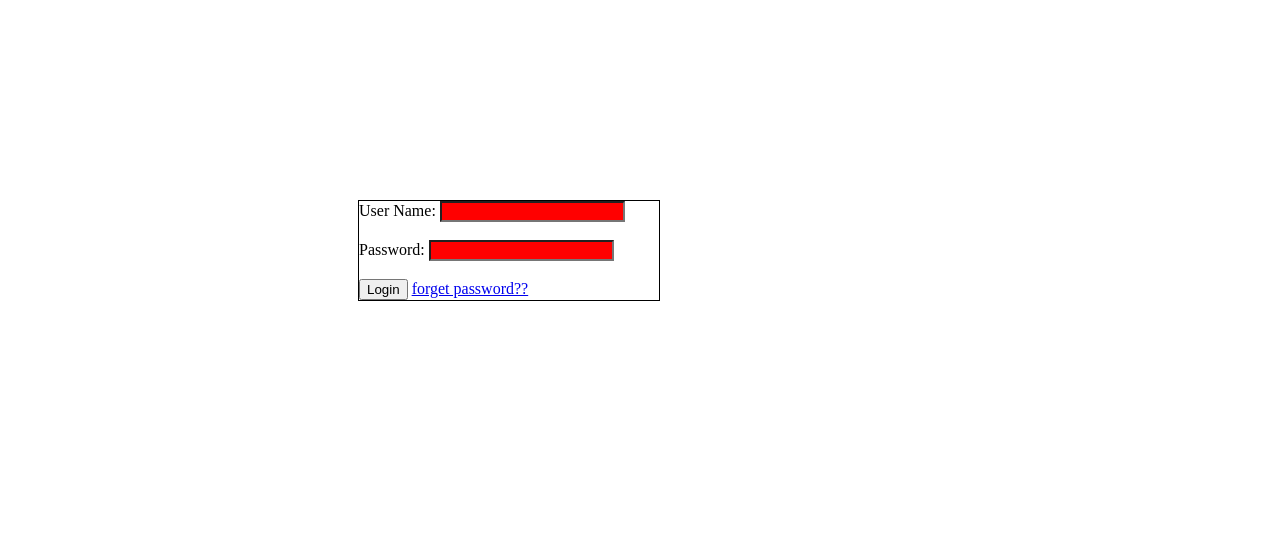
Repository: AmritOjha01/sms
Page: http://localhost/StudentManagementSystem/UserController?action=listUser
The author's editor kept a copy of each file at every save. The page is drawn from the files as they stood at one save, then again after the next save.
The browser window is 1280 px wide. The pictures show the whole page.
The page is served by Tomcat 9. Other server files are loaded and not shown.

Above is the page before, as saved 2017-03-27 11:28:57.

### StudentManagementSystem/WebContent/login.jsp
<%@ page language="java" contentType="text/html; charset=ISO-8859-1"
	pageEncoding="ISO-8859-1"%>
<!DOCTYPE html PUBLIC "-//W3C//DTD HTML 4.01 Transitional//EN" "http://www.w3.org/TR/html4/loose.dtd">
<html>
<head>
<meta http-equiv="Content-Type" content="text/html; charset=ISO-8859-1">
<title>Insert title here</title>
<link rel="stylesheet" type="text/css"
	href="resources/customcss/demo.css">
</head>
<body>
	<div class="box">
		<form action="LoginController" method="post">
			User Name: <input type="text" name="uName" class="css-style "><br>
			<br> Password: <input type="password" name="pass"
				class="css-style "><br> <br> <input type="submit"
				value="Login"> <a href="LoginController?action=getpassword">forget
				password??</a>
		</form>
	</div>
</body>
</html>

### StudentManagementSystem/src/com/krishna/sis/controller/UserController.java
package com.krishna.sis.controller;

import java.io.IOException;
import java.text.ParseException;
import java.text.SimpleDateFormat;
import java.util.Date;

import javax.servlet.RequestDispatcher;
import javax.servlet.ServletException;
import javax.servlet.annotation.WebServlet;
import javax.servlet.http.HttpServlet;
import javax.servlet.http.HttpServletRequest;
import javax.servlet.http.HttpServletResponse;
import javax.servlet.http.HttpSession;

import com.krishna.sis.dto.UserDTO;
import com.krishna.sis.service.UserService;
import com.krishna.sis.service.UserServiceImpl;
import com.krishna.sis.util.EmailUtility;

@WebServlet("/UserController")
public class UserController extends HttpServlet {
	private static final long serialVersionUID = 1L;
	private static String INSERT_OR_EDIT = "/userCreate.jsp";
	private static String LIST_USER = "/userList.jsp";
	private static String LOGIN = "/login.jsp";
	private static String PREVIOUS_PWD = "/previousUserPassword.jsp";

	private UserService userService;

	public UserController() {
		super();
		userService = new UserServiceImpl();
	}

	protected void doGet(HttpServletRequest request, HttpServletResponse response)
			throws ServletException, IOException {
		String forward = "";
		String name = "";
		HttpSession session = request.getSession(false);
		if (session != null)
			name = (String) session.getAttribute("uname");
		else
			name = null;
		if (name != null) {
			String action = request.getParameter("action");

			if (action.equalsIgnoreCase("delete")) {
				int userId = Integer.parseInt(request.getParameter("userid"));
				userService.deleteUser(userId);
				forward = LIST_USER;
				request.setAttribute("users", userService.getAllUsers());
			} else if (action.equalsIgnoreCase("edit")) {
				forward = INSERT_OR_EDIT;
				int userId = Integer.parseInt(request.getParameter("userid"));
				UserDTO user = userService.getUserById(userId);
				request.setAttribute("user", user);
			} else if (action.equalsIgnoreCase("listUser")) {
				forward = LIST_USER;
				request.setAttribute("users", userService.getAllUsers());
			} else if (action.equalsIgnoreCase("insert")) {
				forward = INSERT_OR_EDIT;
			} else {
				forward = PREVIOUS_PWD;

			}
		} else {
			forward = LOGIN;
		}
		RequestDispatcher view = request.getRequestDispatcher(forward);
		view.forward(request, response);
	}

	protected void doPost(HttpServletRequest request, HttpServletResponse response)
			throws ServletException, IOException {
		UserDTO userDTO = new UserDTO();
		userDTO.setFirstName(request.getParameter("firstName"));
		userDTO.setLastName(request.getParameter("lastName"));
		userDTO.setUsername(request.getParameter("username"));
		userDTO.setPassword(request.getParameter("password"));
		String dateOfBirth = request.getParameter("dob");
		try {
			Date dob = new SimpleDateFormat("yyyy-MM-dd").parse(dateOfBirth);
			userDTO.setDob(dob);
		} catch (ParseException e) {
			e.printStackTrace();
		}
		userDTO.setEmail(request.getParameter("email"));
		String userid = request.getParameter("userid");
		if (userid == null || userid.isEmpty()) {
			userService.saveUser(userDTO);
			EmailUtility.sendEmail(userDTO.getPassword());
		} else {
			userDTO.setUserId(Integer.parseInt(userid));
			userService.updateUser(userDTO);
		}

		RequestDispatcher view = request.getRequestDispatcher(LIST_USER);
		request.setAttribute("users", userService.getAllUsers());
		view.forward(request, response);
	}
}

### StudentManagementSystem/src/com/krishna/sis/service/UserServiceImpl.java
package com.krishna.sis.service;

import java.util.List;

import com.krishna.sis.dao.UserDao;
import com.krishna.sis.dao.UserDaoImpl;
import com.krishna.sis.dto.UserDTO;

public class UserServiceImpl implements UserService {

	UserDao userDao = new UserDaoImpl();

	@Override
	public boolean saveUser(UserDTO userDTO) {
		return userDao.saveUser(userDTO);
	}

	@Override
	public boolean updateUser(UserDTO userDTO) {
		return userDao.updateUser(userDTO);
	}

	@Override
	public List<UserDTO> getAllUsers() {
		return userDao.getAllUsers();
	}

	@Override
	public UserDTO getUserById(int userId) {
		return userDao.getUserById(userId);
	}

	@Override
	public void deleteUser(int userId) {
		userDao.deleteUser(userId);

	}

	@Override
	public UserDTO getUserByUserNameAndPassword(String username, String password) {
		return userDao.getUserByUserNameAndPassword(username, password);
	}

	@Override
	public UserDTO getPasswordByEmail(String email) {

		return userDao.getPasswordByEmail(email);
	}

	@Override
	public UserDTO getPasswordByPassword(String pwd) {

		return userDao.getPasswordByPassword(pwd);
	}

}

### StudentManagementSystem/src/com/krishna/sis/dao/UserDao.java
package com.krishna.sis.dao;

import java.util.List;

import com.krishna.sis.dto.UserDTO;

public interface UserDao {
	public boolean saveUser(UserDTO userDTO);

	public boolean updateUser(UserDTO userDTO);

	public List<UserDTO> getAllUsers();

	public UserDTO getUserById(int userId);

	public void deleteUser(int userId);

	public UserDTO getUserByUserNameAndPassword(String username, String password);

	public UserDTO getPasswordByEmail(String email);

	public UserDTO getPasswordByPassword(String pwd);
}

### StudentManagementSystem/src/com/krishna/sis/dao/UserDaoImpl.java
package com.krishna.sis.dao;

import java.sql.PreparedStatement;
import java.sql.ResultSet;
import java.util.ArrayList;
import java.util.List;

import com.krishna.sis.dto.UserDTO;
import com.krishna.sis.util.DbUtil;
import com.krishna.sis.util.QueryUtil;

public class UserDaoImpl implements UserDao {
	public boolean saveUser(UserDTO userDTO) {
		PreparedStatement ps = null;
		int savedUser = 0;
		try {
			ps = DbUtil.getConnection().prepareStatement(QueryUtil.CREATE_USER);
			// ps.setNull(1, java.sql.Types.INTEGER);
			ps.setString(1, userDTO.getFirstName());
			ps.setString(2, userDTO.getLastName());
			ps.setString(3, userDTO.getEmail());
			ps.setDate(4, new java.sql.Date(userDTO.getDob().getTime()));
			ps.setString(5, userDTO.getUsername());
			ps.setString(6, userDTO.getPassword());
			savedUser = ps.executeUpdate();

		} catch (Exception ex) {
			ex.printStackTrace();
		} finally {
			DbUtil.closeAll(ps);
		}
		if (savedUser >= 1) {
			return true;
		}
		return false;
	}

	public boolean updateUser(UserDTO userDTO) {
		PreparedStatement ps = null;
		int uUpdated = 0;
		try {
			ps = DbUtil.getConnection().prepareStatement(QueryUtil.UPDATE_USER);
			ps.setString(1, userDTO.getFirstName());
			ps.setString(2, userDTO.getLastName());
			ps.setString(3, userDTO.getEmail());
			ps.setDate(4, new java.sql.Date(userDTO.getDob().getTime()));
			ps.setString(5, userDTO.getPassword());
			ps.setInt(6, userDTO.getUserId());
			uUpdated = ps.executeUpdate();
		} catch (Exception ex) {
			ex.printStackTrace();
		} finally {
			DbUtil.closeAll(ps);
		}
		if (uUpdated >= 1) {
			return true;
		}
		return false;
	}

	public List<UserDTO> getAllUsers() {
		List<UserDTO> users = new ArrayList<UserDTO>();
		PreparedStatement ps = null;
		try {
			ps = DbUtil.getConnection().prepareStatement(QueryUtil.GET_ALL_USER);
			ResultSet rs = ps.executeQuery();
			while (rs.next()) {
				UserDTO userDTO = new UserDTO();
				userDTO.setUserId(rs.getInt("user_id"));
				userDTO.setFirstName(rs.getString("first_name"));
				userDTO.setLastName(rs.getString("last_name"));
				userDTO.setDob(rs.getDate("dob"));
				userDTO.setEmail(rs.getString("email"));
				userDTO.setUsername(rs.getString("username"));
				users.add(userDTO);
			}
		} catch (Exception ex) {
			ex.printStackTrace();
		} finally {
			DbUtil.closeAll(ps);
		}

		return users;
	}

	public UserDTO getUserById(int userId) {
		UserDTO user = new UserDTO();
		PreparedStatement ps = null;
		try {
			ps = DbUtil.getConnection().prepareStatement(QueryUtil.GET_USER_BY_ID);
			ps.setInt(1, userId);
			ResultSet rs = ps.executeQuery();
			if (rs.next()) {
				user.setUserId(rs.getInt("user_id"));
				user.setFirstName(rs.getString("first_name"));
				user.setLastName(rs.getString("last_name"));
				user.setDob(rs.getDate("dob"));
				user.setEmail(rs.getString("email"));
				user.setUsername(rs.getString("username"));
			}
		} catch (Exception ex) {
			ex.printStackTrace();
		} finally {
			DbUtil.closeAll(ps);
		}
		return user;
	}

	public void deleteUser(int userId) {
		PreparedStatement ps = null;
		try {
			ps = DbUtil.getConnection().prepareStatement(QueryUtil.DELETE_USER);
			ps.setInt(1, userId);
			ps.executeUpdate();

		} catch (Exception ex) {
			ex.printStackTrace();
		} finally {
			DbUtil.closeAll(ps);
		}
	}

	public UserDTO getUserByUserNameAndPassword(String username, String password) {
		UserDTO user = new UserDTO();
		PreparedStatement ps = null;
		try {
			ps = DbUtil.getConnection().prepareStatement(QueryUtil.GET_USER_BY_USERNAME_AND_PASSWORD);
			ps.setString(1, username);
			ps.setString(2, password);
			ResultSet rs = ps.executeQuery();
			if (rs.next()) {
				user.setUserId(rs.getInt("user_id"));
				user.setUsername(rs.getString("username"));
				user.setPassword(rs.getString("password"));
			}
		} catch (Exception ex) {
			ex.printStackTrace();
		} finally {
			DbUtil.closeAll(ps);
		}
		return user;
	}

	@Override
	public UserDTO getPasswordByEmail(String email) {
		UserDTO user = new UserDTO();
		PreparedStatement ps = null;
		try {
			ps = DbUtil.getConnection().prepareStatement(QueryUtil.GET_BY_EMAIL);
			ps.setString(1, email);
			ResultSet rs = ps.executeQuery();
			if (rs.next()) {
				user.setUserId(rs.getInt("user_id"));
				user.setFirstName(rs.getString("first_name"));
				user.setLastName(rs.getString("last_name"));
				user.setDob(rs.getDate("dob"));
				user.setEmail(rs.getString("email"));
				user.setUsername(rs.getString("username"));
				user.setPassword(rs.getString("password"));
			}
		} catch (Exception ex) {
			ex.printStackTrace();
		} finally {
			DbUtil.closeAll(ps);
		}
		return user;
	}

	@Override
	public UserDTO getPasswordByPassword(String pwd) {

		UserDTO user = new UserDTO();
		PreparedStatement ps = null;
		try {
			ps = DbUtil.getConnection().prepareStatement(QueryUtil.GET_PASSWORD_BY_PASSWORD);
			ps.setString(1, pwd);
			ResultSet rs = ps.executeQuery();
			if (rs.next()) {
				user.setUserId(rs.getInt("user_id"));
				user.setFirstName(rs.getString("first_name"));
				user.setLastName(rs.getString("last_name"));
				user.setDob(rs.getDate("dob"));
				user.setEmail(rs.getString("email"));
				user.setUsername(rs.getString("username"));
				user.setPassword(rs.getString("password"));
			}
		} catch (Exception ex) {
			ex.printStackTrace();
		} finally {
			DbUtil.closeAll(ps);
		}
		return user;
	}
}

### StudentManagementSystem/WebContent/resources/customcss/demo.css
@CHARSET "ISO-8859-1";
.box {
	width: 300px;
	border-width: 1px;
	border-style: solid;
	margin: 200px 0px 0px 350px;
}
.css-style {
	background-color: red
}

After the next save:
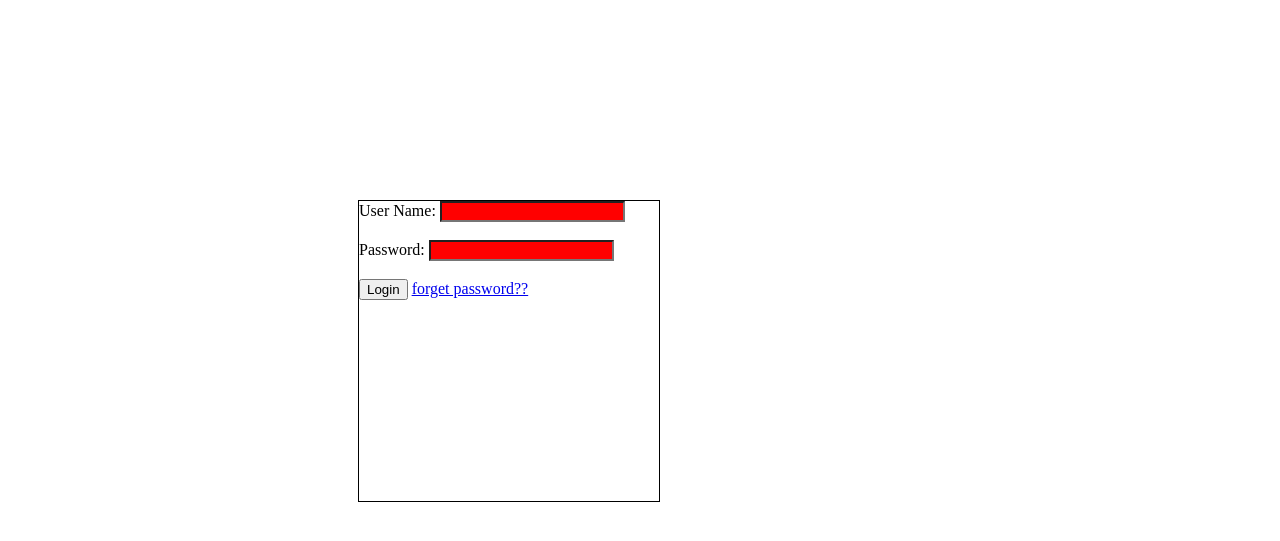
Saved 19 s later.
--- a/StudentManagementSystem/WebContent/resources/customcss/demo.css
+++ b/StudentManagementSystem/WebContent/resources/customcss/demo.css
@@ -1,6 +1,7 @@
 @CHARSET "ISO-8859-1";
 .box {
 	width: 300px;
+	height:300px;
 	border-width: 1px;
 	border-style: solid;
 	margin: 200px 0px 0px 350px;
